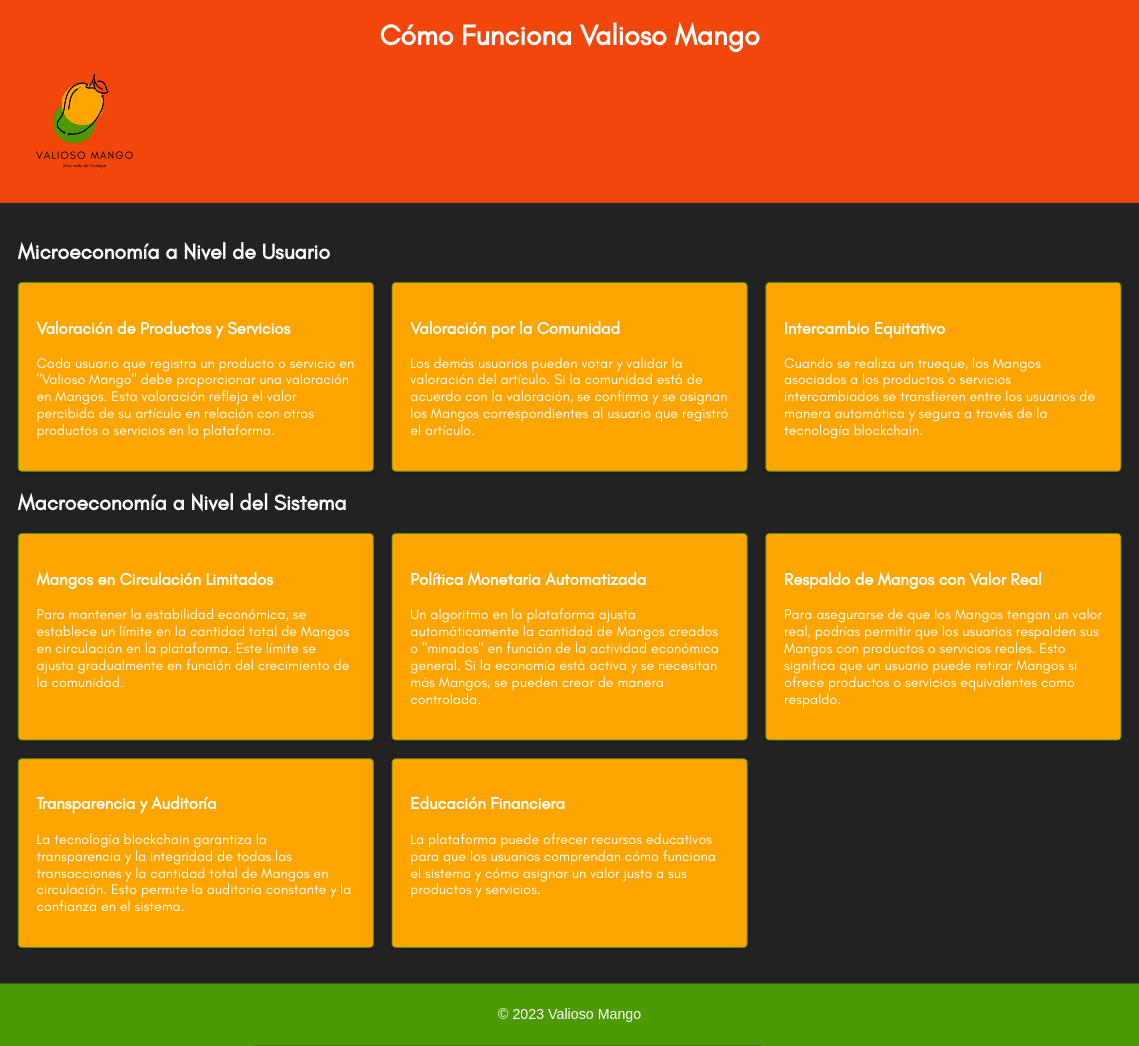
Repository: elba2612/comision23533_grupo20
Page: Pages/ComoFunciona.html
These files come from the project's save history. The page is drawn as it stood at one moment and after a run of saves; the edit follows.
The browser window is 1280 px wide. The pictures show the whole page, at 89% of full size.

Above is the page before, as saved 2023-10-20 12:12:08.

After the next 2 saves:
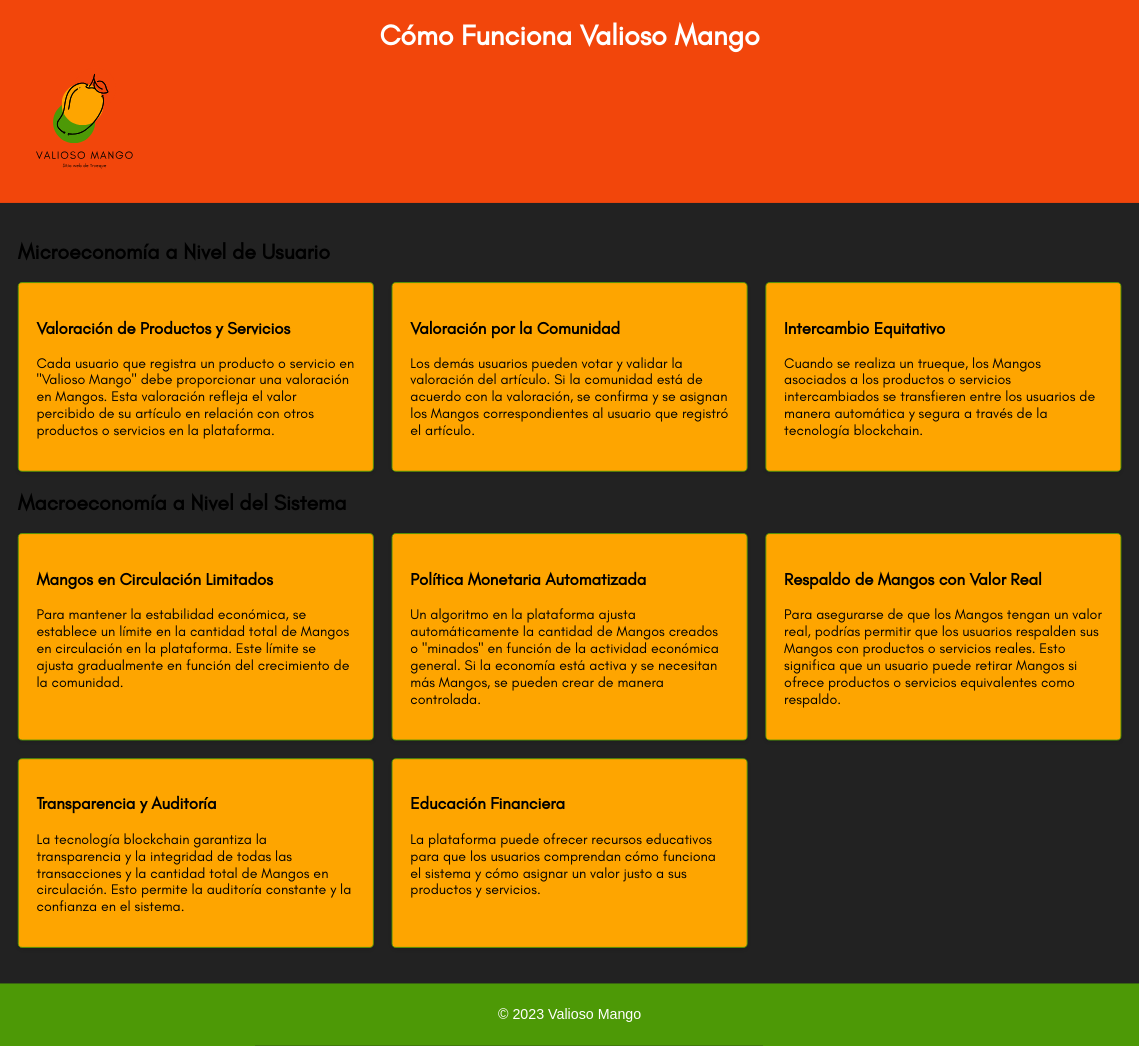
The 2 saves are shown as one change because they came seconds apart.
The last was saved 5 s later.
--- a/Estilos/estiloMango.css
+++ b/Estilos/estiloMango.css
@@ -3,7 +3,7 @@
     margin: 0;
     padding: 0;
     background-color: #222;
-    color: #fff;
+    color
 }
 
 header {
@@ -52,7 +52,6 @@
     border: 1px solid #4D9906;
     border-radius: 5px;
     box-shadow: 0 2px 4px rgba(0, 0, 0, 0.1);
-    color
 }
 
 /* Estilos para dispositivos móviles */
